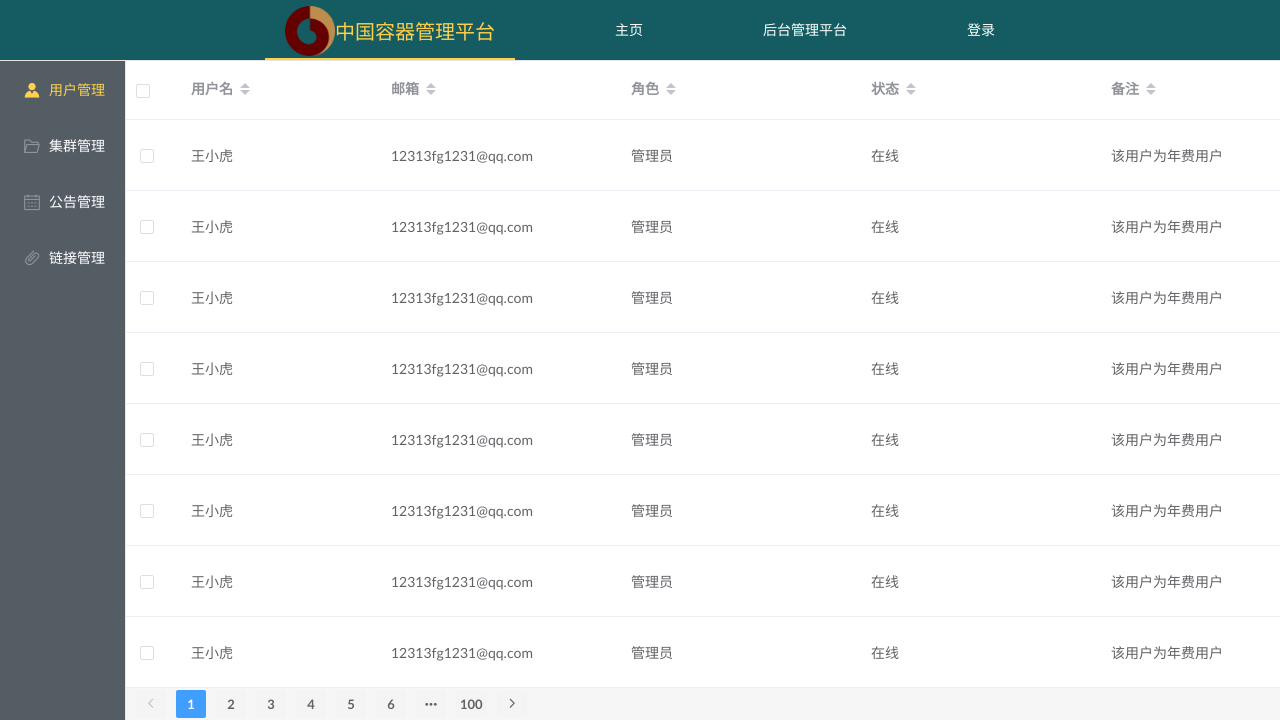
Repository: lei123zhou/zhongjin
Page: /main/management/user
An editor plug-in stored every save of this project. The page is shown before and after the next save, followed by the edit.
The browser window is 1280 px wide. The pictures show the whole page.
The project was rebuilt for these pictures with package versions that can differ from the ones it lists, and the page was loaded fresh each time. Also part of the build but not shown: vue.config.js.

Above is the page before, as saved 2022-08-29 22:26:08.

### src/main.js
import Vue from "vue";
import App from "./App.vue";

Vue.config.productionTip = false;
import "./plugins/element";

import "./main.less";
import router from "./route/index.js";
import store from "./store/index.js";
new Vue({
  router,
  store,
  render: (h) => h(App),
}).$mount("#app");

### src/App.vue
<template>
  <div id="app">
    <router-view></router-view>
  </div>
</template>

<script>
export default {
};
</script>

<style>
#app{
  height: 100%;
  overflow: hidden;

}
</style>>

### src/plugins/element.js
import Vue from "vue";
import {
  Button,
  Form,
  Input,
  Icon,
  FormItem,
  Loading,
  Card,
  Menu,
  MenuItem,
  Submenu,
  Table,
  TableColumn,
  Dropdown,
  DropdownMenu,
  DropdownItem,
  Tooltip,
  Popover,
  Pagination,
  Link,
  Dialog,
  Row,
  Col,
} from "element-ui";
import "element-ui/lib/theme-chalk/index.css";
Vue.use(Button);
Vue.use(Form);
Vue.use(Input);
Vue.use(Icon);
Vue.use(FormItem);
Vue.use(Card);
Vue.use(Menu);
Vue.use(MenuItem);
Vue.use(Submenu);
Vue.use(Table);
Vue.use(TableColumn);
Vue.use(Dropdown);
Vue.use(DropdownMenu);
Vue.use(DropdownItem);
Vue.use(Tooltip);
Vue.use(Popover);
Vue.use(Pagination);
Vue.use(Link);
Vue.use(Dialog);
Vue.use(Row);
Vue.use(Col);
Vue.use(Loading);

### src/main.less
@media (min-width:0px){
    html{font-size:12px;}
}
@media (min-width: 320px){
    html{font-size:12px;}
}
@media (min-width: 340px){
    html{font-size:13px;}
}
@media (min-width: 360px){
    html{font-size:14px;}
}
@media (min-width: 380px){
    html{font-size:15px;}
}
@media (min-width: 400px){
    html{font-size:15px;}
}
@media (min-width: 420px){
    html{font-size:16px;}
}
*{
    margin: 0;
    padding: 0;
}
ul,ol,li,dl{
    list-style-type: none;
}
a{
    text-decoration: none;
}
html,body{
    height: 100%;

    overflow: hidden;

}
body{
    font-family: 'Trebuchet MS', 'Lucida Sans Unicode', 'Lucida Grande', 'Lucida Sans', Arial, sans-serif;
    color: #666;
    line-height: 1.5;
}
.bottom-border,
.top-border {
  position: relative;
}

.bottom-border::after,
.top-border::before {
  content: '';
  position: absolute;
  left: 0;
  right: 0;
  height: 1px;
  background-color:#d43c33;
  transform: scaleY(0.5);
}

.top-border::before {
  top: 0;
}

.bottom-border::after {
  bottom: 0;
}

### src/route/index.js
import Vue from "vue";
import VueRouter from "vue-router";
Vue.use(VueRouter);
const originPush = VueRouter.prototype.push;
VueRouter.prototype.push = function push(location) {
  return originPush.call(this, location).catch((err) => err);
};
const routes = [
  { path: "/", redirect: "/login" },
  {
    path: "/login",
    name: "login",
    component: () => import("../pages/login/LoginPage.vue"),
  },
  {
    path: "/main",
    name: "main",
    component: () => import("../pages/main/MainPage.vue"),
    children: [
      { path: "", redirect: "/main/home" },
      {
        path: "home",
        name: "home",
        component: () => import("../pages/home/HomePage.vue"),
      },
      {
        path: "management",
        name: "management",
        component: () => import("../pages/management/ManagementPage.vue"),
        children: [
          { path: "", redirect: "/main/management/user" },
          {
            path: "user",
            name: "user",
            component: () => import("../pages/management/user/UserPage.vue"),
          },
          {
            path: "link",
            name: "link",
            component: () => import("../pages/management/link/LinkPage.vue"),
          },
          {
            path: "colony",
            name: "colony",
            component: () =>
              import("../pages/management/colony/ColonyPage.vue"),
          },
          {
            path: "notice",
            name: "notice",
            component: () =>
              import("../pages/management/notice/NoticePage.vue"),
          },
        ],
      },
    ],
  },
];
const router = new VueRouter({
  routes,
  mode: "history",
});
export default router;

### src/store/index.js
import Vue from 'vue';
import Vuex from 'vuex';
Vue.use(Vuex);
export default new Vuex.Store({
    state:{},
    getters:{},
    mutations:{}
})

### src/pages/main/MainPage.vue
<template>
  <div class="main">
    <div class="heard">
      <el-menu
        :default-active="activeIndex2"
        class="el-menu-demo"
        mode="horizontal"
        @select="handleSelect"
        background-color="#145c61"
        text-color="#fff"
        active-text-color="#ffd04b"
      >
        <el-menu-item index="1">
          <template slot="title">
            <img src="../../assets/u2.png" alt="" id="logo" />
            <span class="login-title">中国容器管理平台</span>
          </template></el-menu-item
        >
        <el-menu-item index="2">主页</el-menu-item>
        <el-menu-item index="3" @click="toManagement"
          >后台管理平台</el-menu-item
        >
        <el-menu-item index="null">登录</el-menu-item>
      </el-menu>
    </div>
    <router-view></router-view>
  </div>
</template>

<script>
export default {
  data() {
    return {
      activeIndex: "1",
      activeIndex2: "1",
    };
  },
  methods: {
    handleSelect(key, keyPath) {
      console.log(key, keyPath);
    },
    toManagement() {
      this.$router.push("/main/management");
    },
  },
};
</script>
<style lang="less" scoped>
.main {
  display: flex;
  flex-direction: column;
  justify-content: start;
  background-color: #f6f6f6;
  height: 100%;
  .heard {
    width: 100%;
    background-color: "#145c61";
  }
}
.login-title {
  font-size: 20px;
  line-height: 61px;
}
.clearfix {
  display: flex;
  align-content: center;
  justify-content: space-around;
}
#logo {
  width: 50px;
}
/deep/.el-menu.el-menu--horizontal {
  display: flex;
  justify-content: center;
  li {
    margin: 0 40px;
    padding: 0 20px;
  }
}
</style>

### src/pages/management/ManagementPage.vue
<template>
  <div class="manangement">
    <el-menu
      default-active="user"
      class="el-menu-vertical-demo"
      @open="handleOpen"
      @close="handleClose"
      background-color="#545c64"
      text-color="#fff"
      active-text-color="#ffd04b"
      router
    >
      <el-menu-item index="user">
        <i class="el-icon-s-custom"></i>
        <span slot="title">用户管理</span>
      </el-menu-item>
      <el-menu-item index="colony">
        <i class="el-icon-folder-opened"></i>
        <span slot="title">集群管理</span>
      </el-menu-item>
      <el-menu-item index="notice">
        <i class="el-icon-date"></i>
        <span slot="title">公告管理</span>
      </el-menu-item>
      <el-menu-item index="link">
        <i class="el-icon-paperclip"></i>
        <span slot="title">链接管理</span>
      </el-menu-item>
    </el-menu>
    <router-view></router-view>
  </div>
</template>

<script>
export default {
  methods: {
    handleOpen(key, keyPath) {
      console.log(key, keyPath);
    },
    handleClose(key, keyPath) {
      console.log(key, keyPath);
    },
  },
};
</script>

<style lang="less" scoped>
.manangement {
  display: flex;
  width: 100%;
  height: 100%;
  .el-menu{
    width: 200px;
  }
}

</style>

### src/pages/management/user/UserPage.vue
<template>
  <div class="user">
    <el-table
      ref="multipleTable"
      :data="tableData"
      tooltip-effect="dark"
      style="width: 100%"
      @selection-change="handleSelectionChange"
    >
      <el-table-column type="selection" width="55"> </el-table-column>
      <el-table-column prop="username" label="用户名" sortable width="200">
      </el-table-column>
      <el-table-column prop="email" label="邮箱" sortable width="240">
      </el-table-column>
      <el-table-column prop="role" label="角色" sortable width="240">
      </el-table-column>
      <el-table-column prop="state" label="状态" sortable width="240">
      </el-table-column>
      <el-table-column prop="comment" label="备注" sortable width="240">
      </el-table-column>
      <el-table-column prop="ldapid" label="ldapid" :formatter="formatter">
      </el-table-column>
      <el-table-column label="操作">
        <el-popover placement="right" width="40" trigger="hover">
          <template slot-scope="scope">
            <el-button size="mini" @click="handleEdit(scope.$index, scope.row)"
              >编辑</el-button
            >
            <el-button
              size="mini"
              type="danger"
              @click="handleDelete(scope.$index, scope.row)"
              >删除</el-button
            >
          </template>
          <i slot="reference" class="el-icon-more"></i>
        </el-popover>
      </el-table-column>
    </el-table>
    <el-pagination background layout="prev, pager, next" :total="1000">
    </el-pagination>
    <div style="margin-top: 20px" v-if="allDel">
      <el-button @click="toggleSelection([tableData[1], tableData[2]])"
        >全部删除</el-button
      >
      <el-button @click="toggleSelection()">取消选择</el-button>
    </div>
  </div>
</template>

<script>
export default {
  data() {
    return {
      allDel: false,
      tableData: [
        {
          username: "王小虎",
          role: "管理员",
          email: "12313fg1231@qq.com",
          state: "在线",
          comment: "该用户为年费用户",
          ldapid: "J2313#2dS",
          address: "上海市普陀区金沙江路 1518 弄",
        },
        {
          username: "王小虎",
          role: "管理员",
          email: "12313fg1231@qq.com",
          state: "在线",
          comment: "该用户为年费用户",
          ldapid: "J2313#2dS",
          address: "上海市普陀区金沙江路 1518 弄",
        },
        {
          username: "王小虎",
          role: "管理员",
          email: "12313fg1231@qq.com",
          state: "在线",
          comment: "该用户为年费用户",
          ldapid: "J2313#2dS",
          address: "上海市普陀区金沙江路 1518 弄",
        },
        {
          username: "王小虎",
          role: "管理员",
          email: "12313fg1231@qq.com",
          state: "在线",
          comment: "该用户为年费用户",
          ldapid: "J2313#2dS",
          address: "上海市普陀区金沙江路 1518 弄",
        },
        {
          username: "王小虎",
          role: "管理员",
          email: "12313fg1231@qq.com",
          state: "在线",
          comment: "该用户为年费用户",
          ldapid: "J2313#2dS",
          address: "上海市普陀区金沙江路 1518 弄",
        },
        {
          username: "王小虎",
          role: "管理员",
          email: "12313fg1231@qq.com",
          state: "在线",
          comment: "该用户为年费用户",
          ldapid: "J2313#2dS",
          address: "上海市普陀区金沙江路 1518 弄",
        },
        {
          username: "王小虎",
          role: "管理员",
          email: "12313fg1231@qq.com",
          state: "在线",
          comment: "该用户为年费用户",
          ldapid: "J2313#2dS",
          address: "上海市普陀区金沙江路 1518 弄",
        },
        {
          username: "王小虎",
          role: "管理员",
          email: "12313fg1231@qq.com",
          state: "在线",
          comment: "该用户为年费用户",
          ldapid: "J2313#2dS",
          address: "上海市普陀区金沙江路 1518 弄",
        },
      ],
    };
  },
  methods: {
    toggleSelection(rows) {
      if (rows) {
        rows.forEach((row) => {
          this.$refs.multipleTable.toggleRowSelection(row);
        });
      } else {
        this.$refs.multipleTable.clearSelection();
      }
    },
    handleSelectionChange(val) {
      this.multipleSelection = val;
      this.allDel = !this.allDel;
    },
    // 编辑删除
    handleEdit(index, row) {
      console.log(index, row);
    },
    handleDelete(index, row) {
      console.log(index, row);
    },

    formatter(row) {
      return row.ldapid;
    },
  },
};
</script>

<style lang="less" scoped>
.user {
  width: 100%;
}
</style>

Loaded but not shown: public/index.html (common file)

After the next save:
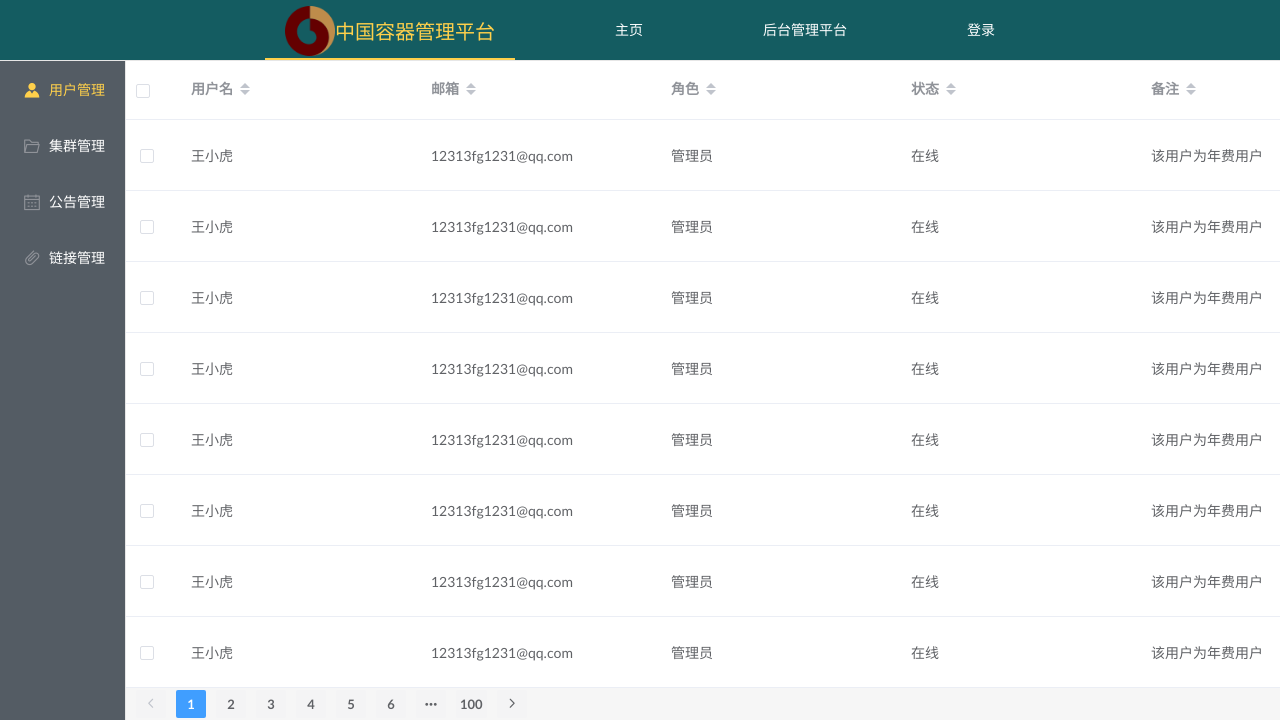
Saved 31 s later.
--- a/src/pages/management/user/UserPage.vue
+++ b/src/pages/management/user/UserPage.vue
@@ -8,7 +8,7 @@
       @selection-change="handleSelectionChange"
     >
       <el-table-column type="selection" width="55"> </el-table-column>
-      <el-table-column prop="username" label="用户名" sortable width="200">
+      <el-table-column prop="username" label="用户名" sortable width="240">
       </el-table-column>
       <el-table-column prop="email" label="邮箱" sortable width="240">
       </el-table-column>

After the save that followed:
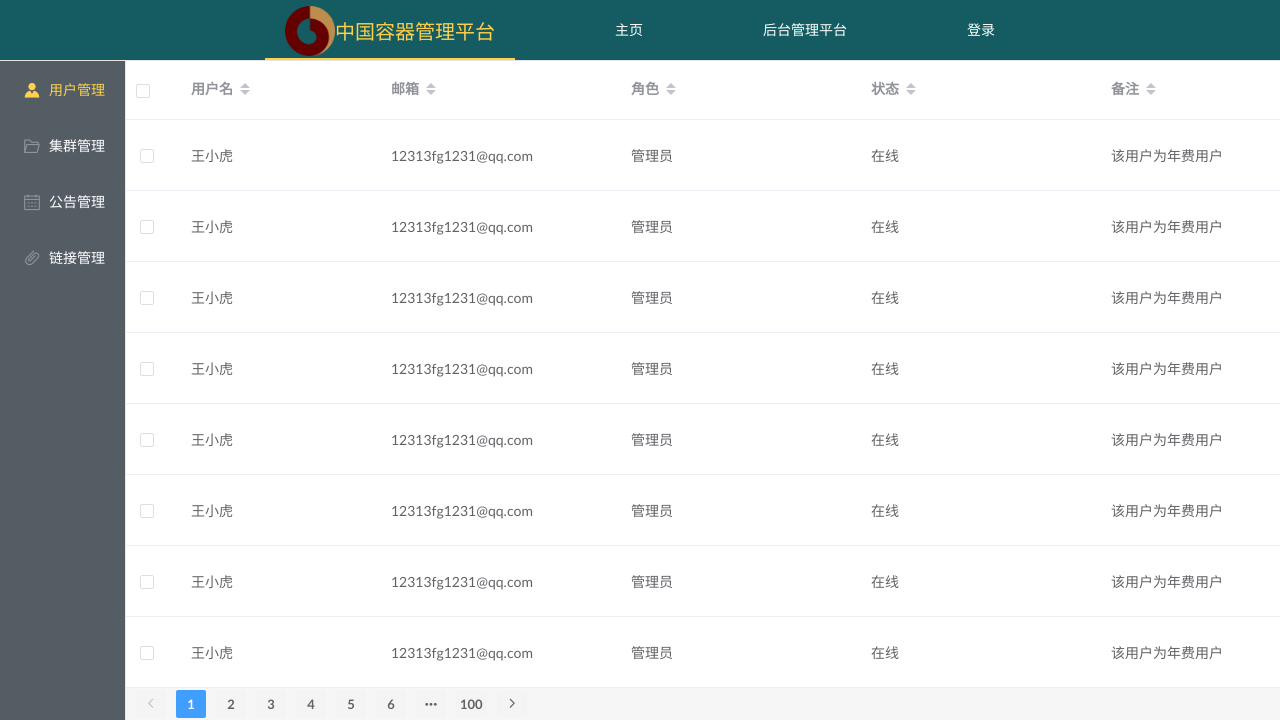
Saved 8 s later.
--- a/src/pages/management/user/UserPage.vue
+++ b/src/pages/management/user/UserPage.vue
@@ -8,7 +8,7 @@
       @selection-change="handleSelectionChange"
     >
       <el-table-column type="selection" width="55"> </el-table-column>
-      <el-table-column prop="username" label="用户名" sortable width="240">
+      <el-table-column prop="username" label="用户名" sortable width="200">
       </el-table-column>
       <el-table-column prop="email" label="邮箱" sortable width="240">
       </el-table-column>
